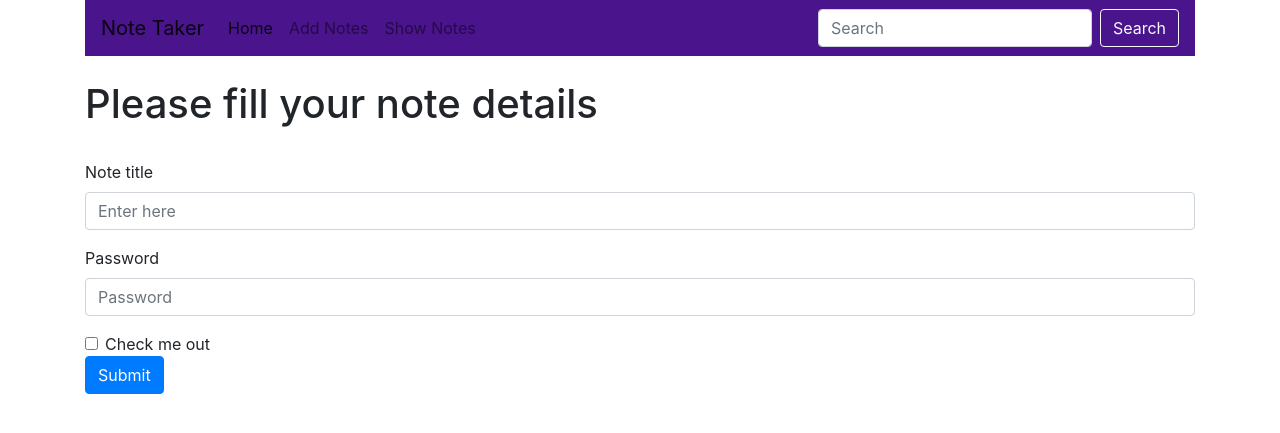
Repository: nayanchy123456/TODO-Project
Page: http://localhost/NoteTaker/add_notes.jsp
The author's editor kept a copy of each file at every save. The page is drawn from the files as they stood at one save, then again after the next save.
The browser window is 1280 px wide. The pictures show the whole page.
Some web libraries are served in a nearby version. The page is served by Tomcat 10.

Above is the page before, as saved 2024-09-03 10:54:27.

After the next save:
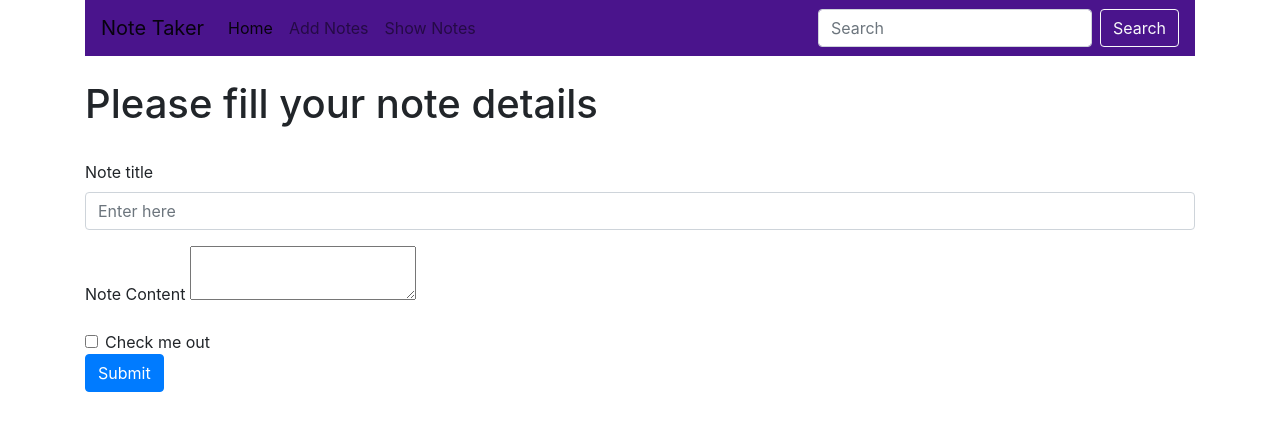
Saved 106 s later.
--- a/TODO webApplication/NoteTaker/src/main/webapp/add_notes.jsp
+++ b/TODO webApplication/NoteTaker/src/main/webapp/add_notes.jsp
@@ -22,10 +22,13 @@
   <div class="form-group">
     <label for="title">Note title</label>
     <input type="text" class="form-control" id="title" aria-describedby="emailHelp" placeholder="Enter here">
+
   </div>
+
   <div class="form-group">
-    <label for="exampleInputPassword1">Password</label>
-    <input type="password" class="form-control" id="exampleInputPassword1" placeholder="Password">
+    <label for="exampleInputPassword1">Note Content</label>
+    <textarea> </textarea>
+
   </div>
   <div class="form-check">
     <input type="checkbox" class="form-check-input" id="exampleCheck1">
